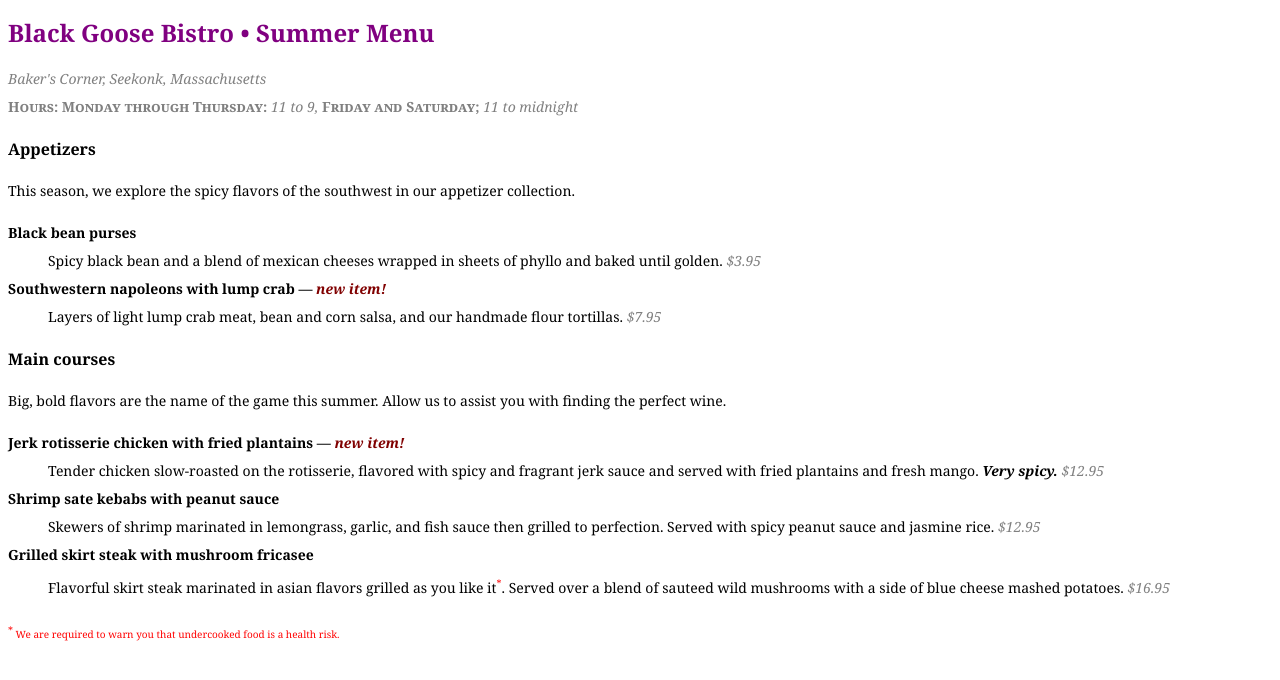
Repository: Lithium87/WebDesign
Page: Bistro/menu.html
These files come from the project's save history. The page is drawn as it stood at one moment and after the next save; the edit follows.
The browser window is 1280 px wide. The pictures show the whole page.
Some web fonts or font styles are not loaded; a fallback is used.

Above is the page before, as saved 2020-04-14 11:10:34.

### Bistro/menu.html
<!DOCTYPE html >
<html>

<head>
    <meta charset="utf-8">
    <title>Black Goose Bistro Summer Menu</title>
    <link href="http://fonts.googleapis.com/ css?family=Marko+One" rel="stylesheet">
    <style>
        body {
            font-family: Georgia, serif;
            font-size: 100%;
            line-height: 1.75em;
        }

        h1 {
            font: bold 1.5em "Marko One", Georgia, serif;
            color: purple;
        }

        h2 {
            font-size: 1em;
        }

        p,
        dl {
            font-size: 0.875em;
        }

        dt {
            font-weight: bold;
        }

        strong {
            font-style: italic;
        }

        dt strong {
            color: maroon;
        }

        #info p {
            font-style: italic;
            color: grey;
        }

        .price {
            font-family: Georgia, serif;
            font-style: italic;
            color: grey;
        }

        .label {
            font-weight: bold;
            font-variant: small-caps;
            font-style: normal;
        }

        p.warning,
        sup {
            font-size: x-small;
            color: red;
        }
    </style>
</head>

<body>

    <div id="info">
        <h1>Black Goose Bistro &bull; Summer Menu</h1>

        <p>Baker's Corner, Seekonk, Massachusetts<br>
            <span class="label">Hours: Monday through Thursday:</span> 11 to 9, <span class="label">Friday and Saturday;</span> 11 to midnight</p>
    </div>

    <div id="appetizers">
        <h2>Appetizers</h2>
        <p>This season, we explore the spicy flavors of the southwest in our appetizer collection.</p>

        <dl>
            <dt>Black bean purses</dt>
            <dd>Spicy black bean and a blend of mexican cheeses wrapped in sheets of phyllo and baked until golden. <span class="price">$3.95</span></dd>

            <dt class="newitem">Southwestern napoleons with lump crab &mdash; <strong>new item!</strong></dt>
            <dd>Layers of light lump crab meat, bean and corn salsa, and our handmade flour tortillas. <span class="price">$7.95</span></dd>
        </dl>
    </div>

    <div id="entrees">

        <h2>Main courses</h2>
        <p>Big, bold flavors are the name of the game this summer. Allow us to assist you with finding the perfect wine.</p>


        <dl>

            <dt class="newitem">Jerk rotisserie chicken with fried plantains &mdash; <strong>new item!</strong></dt>
            <dd>Tender chicken slow-roasted on the rotisserie, flavored with spicy and fragrant jerk sauce and served with fried plantains and fresh mango. <strong>Very spicy.</strong> <span class="price">$12.95</span></dd>

            <dt>Shrimp sate kebabs with peanut sauce</dt>
            <dd>Skewers of shrimp marinated in lemongrass, garlic, and fish sauce then grilled to perfection. Served with spicy peanut sauce and jasmine rice. <span class="price">$12.95</span></dd>

            <dt>Grilled skirt steak with mushroom fricasee</dt>
            <dd>Flavorful skirt steak marinated in asian flavors grilled as you like it<sup>*</sup>. Served over a blend of sauteed wild mushrooms with a side of blue cheese mashed potatoes. <span class="price">$16.95</span></dd>
        </dl>

    </div>

    <p class="warning"><sup>*</sup> We are required to warn you that undercooked food is a health risk.</p>

</body>

</html>

After the next save:
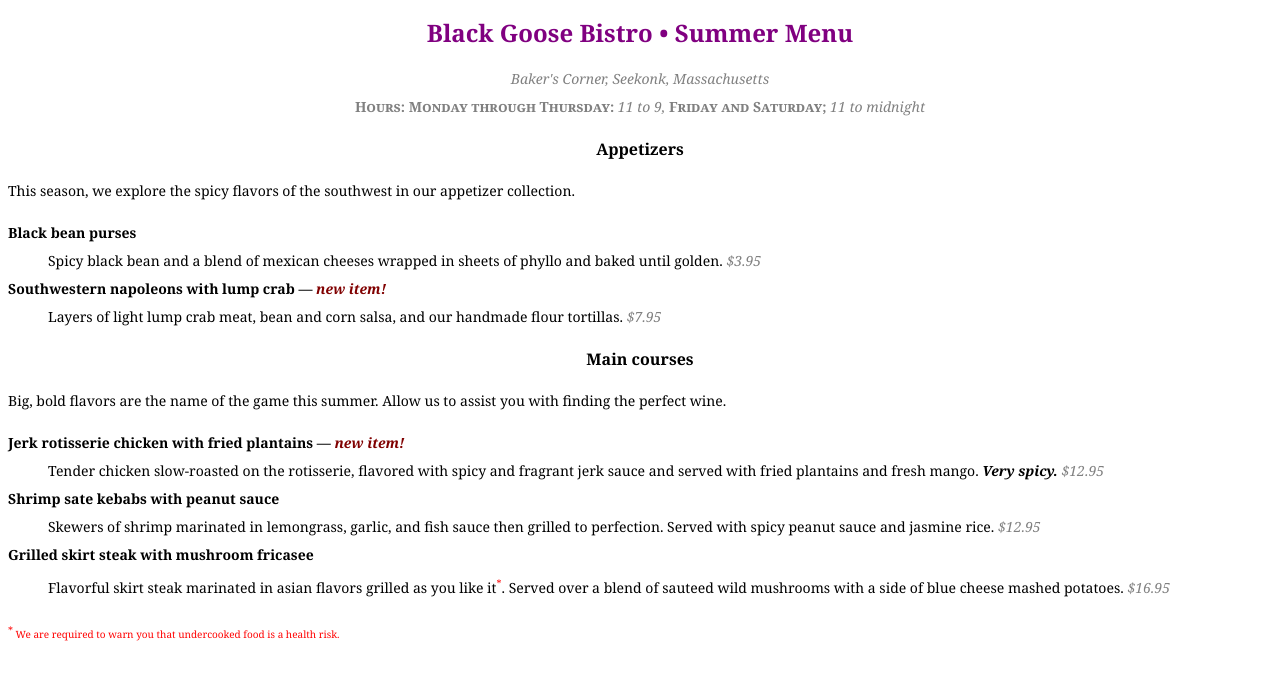
Saved 62 s later.
--- a/Bistro/menu.html
+++ b/Bistro/menu.html
@@ -19,6 +19,12 @@
 
         h2 {
             font-size: 1em;
+        }
+
+        h1,
+        h2,
+        #info {
+            text-align: center;
         }
 
         p,
